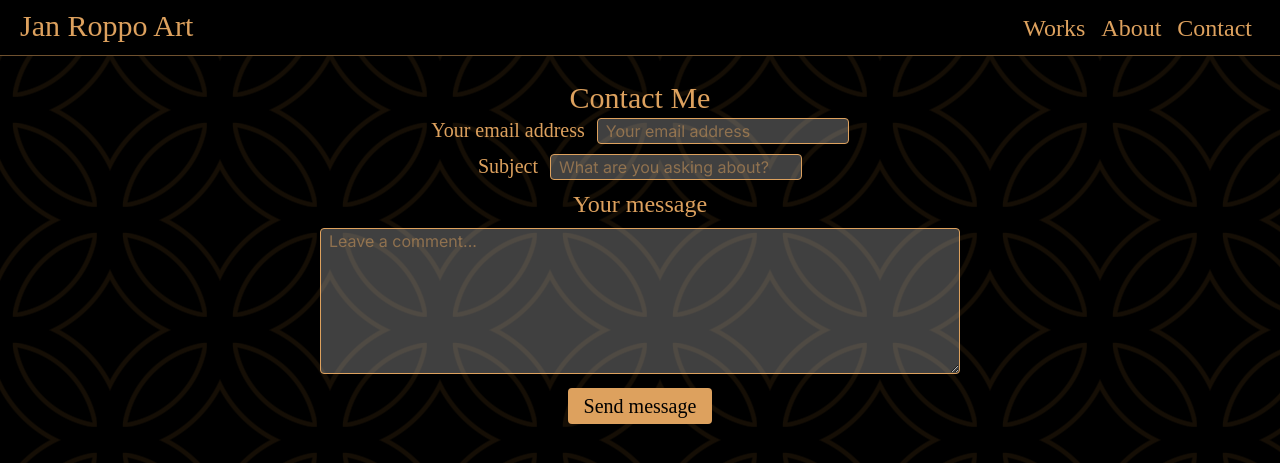
Repository: YanceMcFinn/JRArt
Page: /contact
An editor plug-in stored every save of this project. The page is shown before and after the next save, followed by the edit.
The browser window is 1280 px wide. The pictures show the whole page.
Some web fonts or font styles are not loaded; a fallback is used. The project was rebuilt for these pictures with package versions that can differ from the ones it lists, and the page was loaded fresh each time. The framework's server and built-in components were replaced by stand-ins that run in the browser. Also part of the build but not shown: next.config.js.

Above is the page before, as saved 2023-10-28 22:38:01.

After the next save:
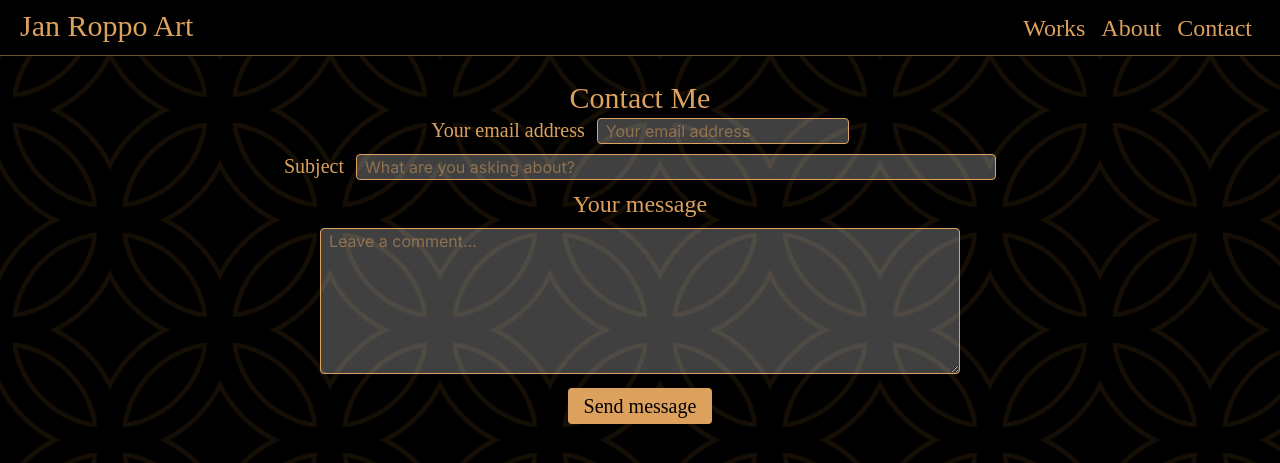
Saved 24 s later.
--- a/app/contact/page.jsx
+++ b/app/contact/page.jsx
@@ -13,7 +13,7 @@ export default function Contact() {
                     </div>
                     <div className='mb-2'>
                         <label for="subject" className='pr-3 title text-xl'>Subject</label>
-                        <input type="text" id="subject" className='rounded w-auto px-2 bg-white/25 border border-main-color text-main-color placeholder-main-color/50 focus:border-main-color focus:border-2 focus:outline-none focus:ring-0' placeholder="What are you asking about?" required/>
+                        <input type="text" id="subject" className='rounded w-9/12 px-2 bg-white/25 border border-main-color text-main-color placeholder-main-color/50 focus:border-main-color focus:border-2 focus:outline-none focus:ring-0' placeholder="What are you asking about?" required/>
                     </div>
                 <div class="sm:col-span-2">
               <label for="message" className='title text-2xl' >Your message</label><br/>
